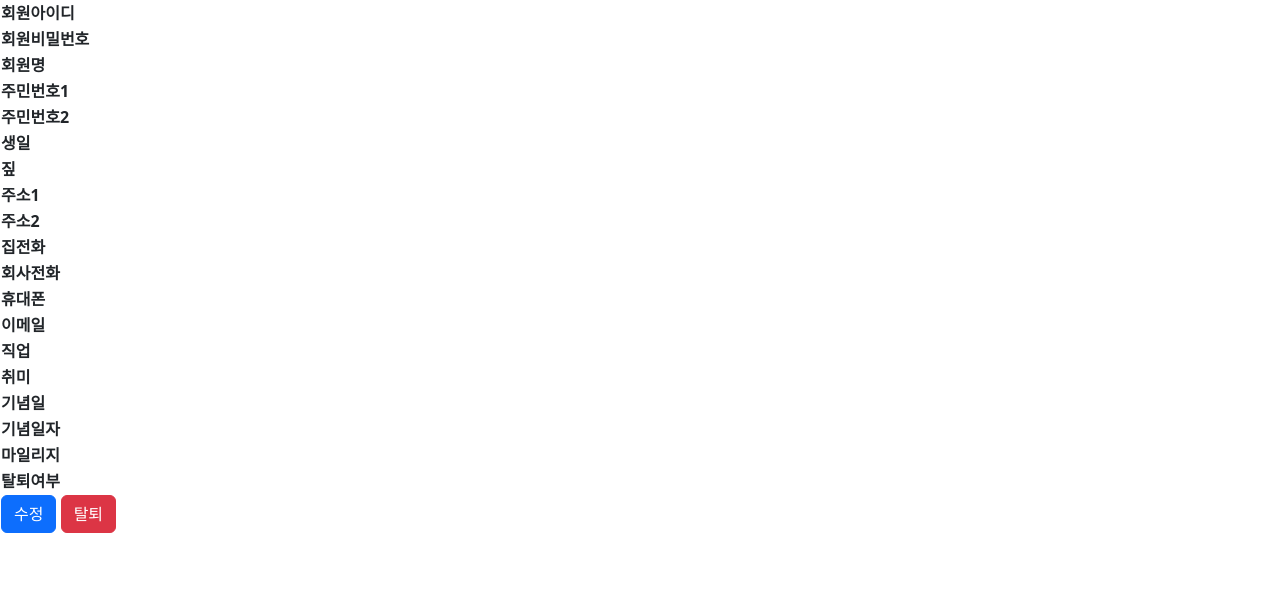
Repository: HEOGEUNJU/JSP
Page: http://localhost/WebStudy02_MVN/WEB-INF/views/member/memberView.jsp
An editor plug-in stored every save of this project. The page is shown before and after a run of saves, followed by the edit.
The browser window is 1280 px wide. The pictures show the whole page.
The page is served by Tomcat 9. Nobody is signed in. Other server files are loaded and not shown. The template is opened directly, without the code that normally fills it, so the values that code supplies are empty.

Above is the page before, as saved 2022-12-28 08:24:03.

### WebStudy02_MVN/src/main/webapp/WEB-INF/views/member/memberView.jsp
<%@ page language="java" contentType="text/html; charset=UTF-8"
	pageEncoding="UTF-8"%>
<%@taglib uri="http://java.sun.com/jsp/jstl/core" prefix="c" %>
<!DOCTYPE html>
<html>
<head>
<meta charset="UTF-8">
<jsp:include page="/includee/preScript.jsp" />
<title>Insert title here</title>
</head>
<body>
	<table>
		<tr>
			<th>회원아이디</th>
			<td>${member.memId }</td>
		</tr>
		<tr>
			<th>회원비밀번호</th>
			<td>${member.memPass }</td>
		</tr>
		<tr>
			<th>회원명</th>
			<td>${member.memName }</td>
		</tr>
		<tr>
			<th>주민번호1</th>
			<td>${member.memRegno1 }</td>
		</tr>
		<tr>
			<th>주민번호2</th>
			<td>${member.memRegno2 }</td>
		</tr>
		<tr>
			<th>생일</th>
			<td>${member.memBir }</td>
		</tr>
		<tr>
			<th>짚</th>
			<td>${member.memZip }</td>
		</tr>
		<tr>
			<th>주소1</th>
			<td>${member.memAdd1 }</td>
		</tr>
		<tr>
			<th>주소2</th>
			<td>${member.memAdd2 }</td>
		</tr>
		<tr>
			<th>집전화</th>
			<td>${member.memHometel }</td>
		</tr>
		<tr>
			<th>회사전화</th>
			<td>${member.memComtel }</td>
		</tr>
		<tr>
			<th>휴대폰</th>
			<td>${member.memHp }</td>
		</tr>
		<tr>
			<th>이메일</th>
			<td>${member.memMail }</td>
		</tr>
		<tr>
			<th>직업</th>
			<td>${member.memJob }</td>
		</tr>
		<tr>
			<th>취미</th>
			<td>${member.memLike }</td>
		</tr>
		<tr>
			<th>기념일</th>
			<td>${member.memMemorial }</td>
		</tr>
		<tr>
			<th>기념일자</th>
			<td>${member.memMemorialday }</td>
		</tr>
		<tr>
			<th>마일리지</th>
			<td>${member.memMileage }</td>
		</tr>
		<tr>
			<th>탈퇴여부</th>
			<td>${member.memDelete }</td>
		</tr>
<!-- 		선택적 렌더링 해야함 -->
		<c:if test="${sessionScope.authMember eq member }">
			<tr>
				<td colspan="2">
					<c:url value="/member/memberUpdate.do" var="viewURL"/>
					<a href="<c:url value="/member/memberUpdate.do"/>" class = "btn btn-primary">수정</a>
					<a href="<c:url value="/member/memberDelete.do"/>" class = "btn btn-danger">탈퇴</a>
				</td>
			</tr>
		</c:if>
	</table>

<jsp:include page="/includee/postScript.jsp" />
</body>
</html>

### WebStudy02_MVN/src/main/webapp/includee/preScript.jsp
<%@ page language="java" contentType="text/html; charset=UTF-8"
    pageEncoding="UTF-8"%>
<link rel="stylesheet" href="<%=request.getContextPath() %>/resources/js/bootstrap-5.2.3-dist/css/bootstrap.min.css">
<script type="text/javascript" src="<%=request.getContextPath()%>/resources/js/jquery-3.6.1.min.js"></script>
<%
	String varInPre = "프리스크립트에 있는 변수의 값";

%>

### WebStudy02_MVN/src/main/webapp/includee/postScript.jsp
<%@ page language="java" contentType="text/html; charset=UTF-8"
    pageEncoding="UTF-8"%>

<script src= "<%=request.getContextPath() %>/resources/js/bootstrap-5.2.3-dist/js/bootstrap.bundle.min.js"></script>

Loaded but not shown: WebStudy02_MVN/src/main/webapp/resources/js/bootstrap-5.2.3-dist/css/bootstrap.min.css (library); WebStudy02_MVN/src/main/webapp/resources/js/jquery-3.6.1.min.js (library); WebStudy02_MVN/src/main/webapp/resources/js/bootstrap-5.2.3-dist/js/bootstrap.bundle.min.js (library)

After the next 2 saves:
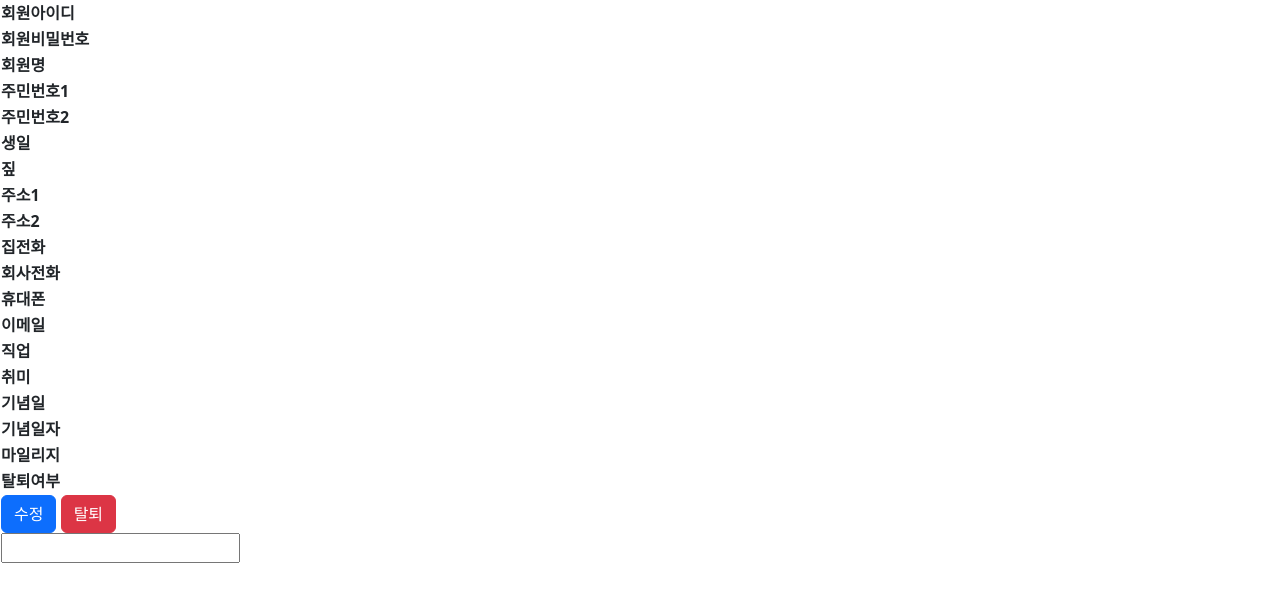
The 2 saves are shown as one change because they came seconds apart.
The last was saved 67 s later.
--- a/WebStudy02_MVN/src/main/webapp/WEB-INF/views/member/memberView.jsp
+++ b/WebStudy02_MVN/src/main/webapp/WEB-INF/views/member/memberView.jsp
@@ -93,6 +93,9 @@
 					<c:url value="/member/memberUpdate.do" var="viewURL"/>
 					<a href="<c:url value="/member/memberUpdate.do"/>" class = "btn btn-primary">수정</a>
 					<a href="<c:url value="/member/memberDelete.do"/>" class = "btn btn-danger">탈퇴</a>
+					<form method = "post" action="<c:url value="/member/memberDelete.do"/>">
+						<input type="password" name = "memPass"/>
+					</form>
 				</td>
 			</tr>
 		</c:if>
